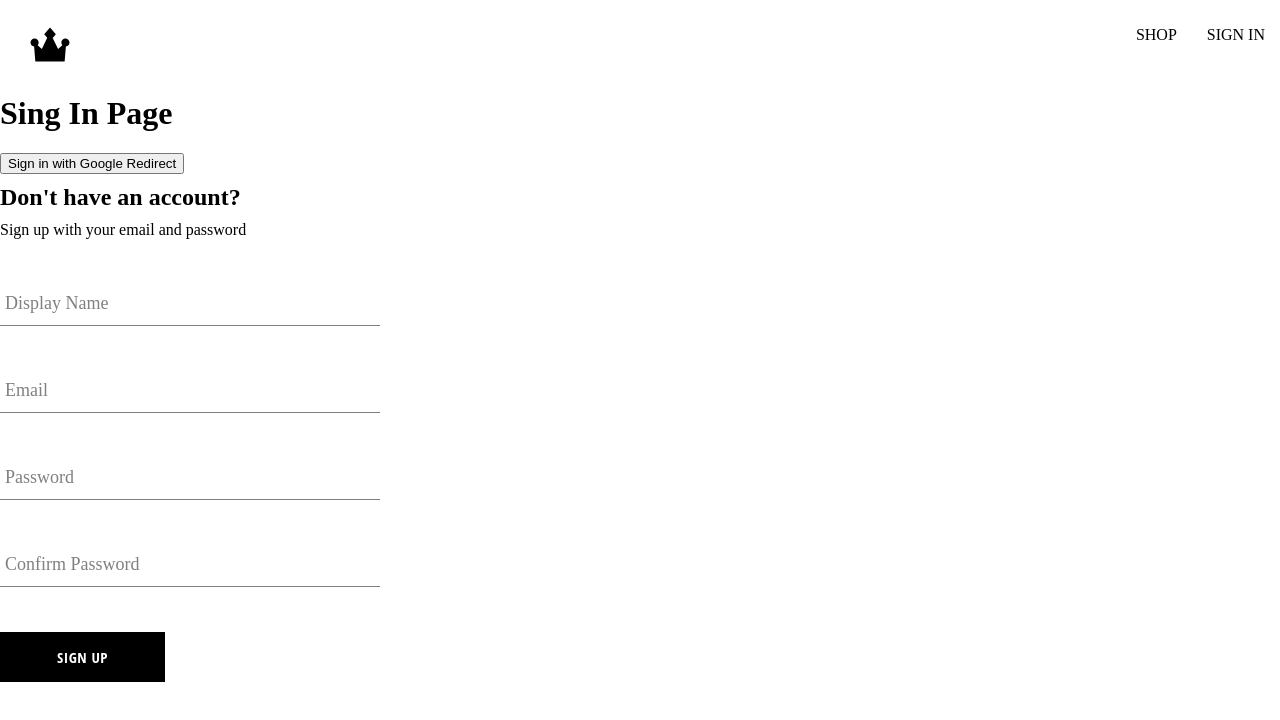
Repository: Chadi2000/crwn-clothing
Page: /signIn
The author's editor kept a copy of each file at every save. The page is drawn from the files as they stood at one save, then again after the next save.
The browser window is 1280 px wide. The pictures show the whole page.
The project was rebuilt for these pictures with package versions that can differ from the ones it lists, and the page was loaded fresh each time. Also part of the build but not shown: src/categories.styles.scss, src/components/category-item/category-item.styles.scss, src/components/category-item/category-item.component.jsx, src/components/directory/directory.styles.scss, src/components/directory/directory.component.js, src/routes/home/home.component.jsx.

Above is the page before, as saved 2024-02-11 21:05:19.

After the next save:
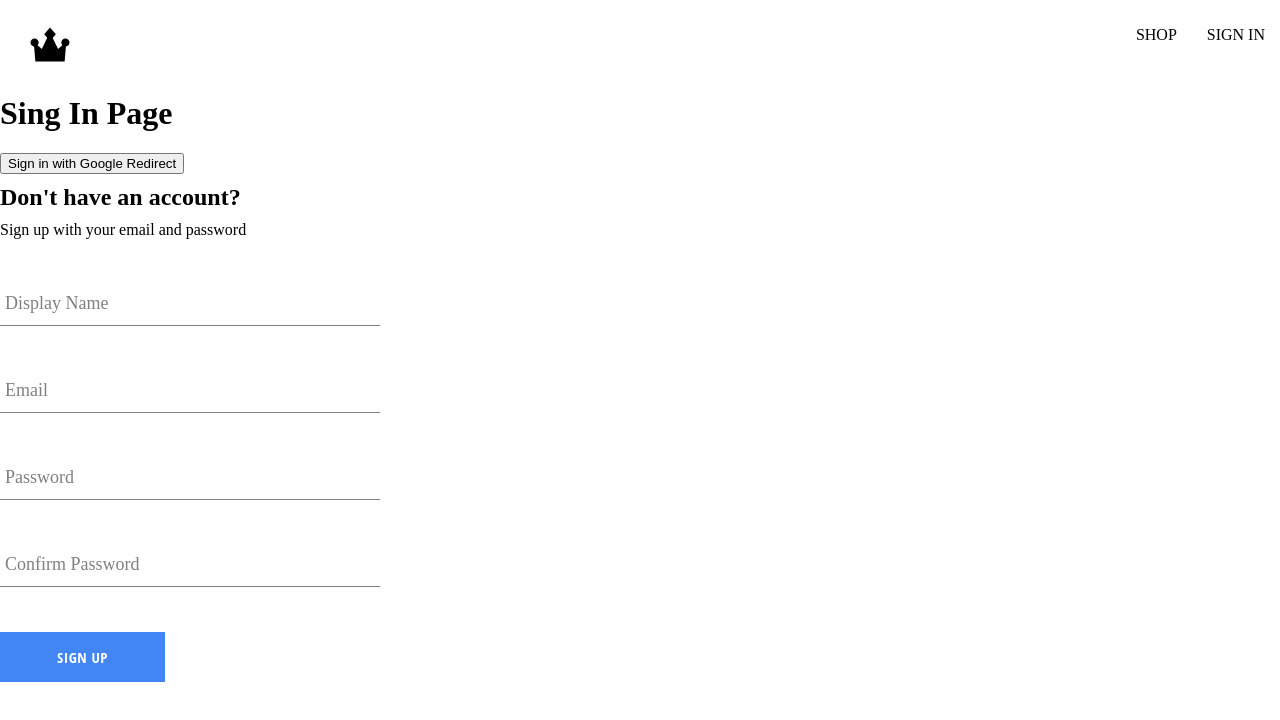
Saved 2 min 6 s later.
--- a/src/components/sign-up-form/sign-up-form.component.jsx
+++ b/src/components/sign-up-form/sign-up-form.component.jsx
@@ -106,7 +106,7 @@ const SignUpForm =() =>{
                      />
 
 
-                <Button type="submit">Sign Up</Button>
+                <Button buttonType='google' type="submit">Sign Up</Button>
             </form>
         </div>
     )
